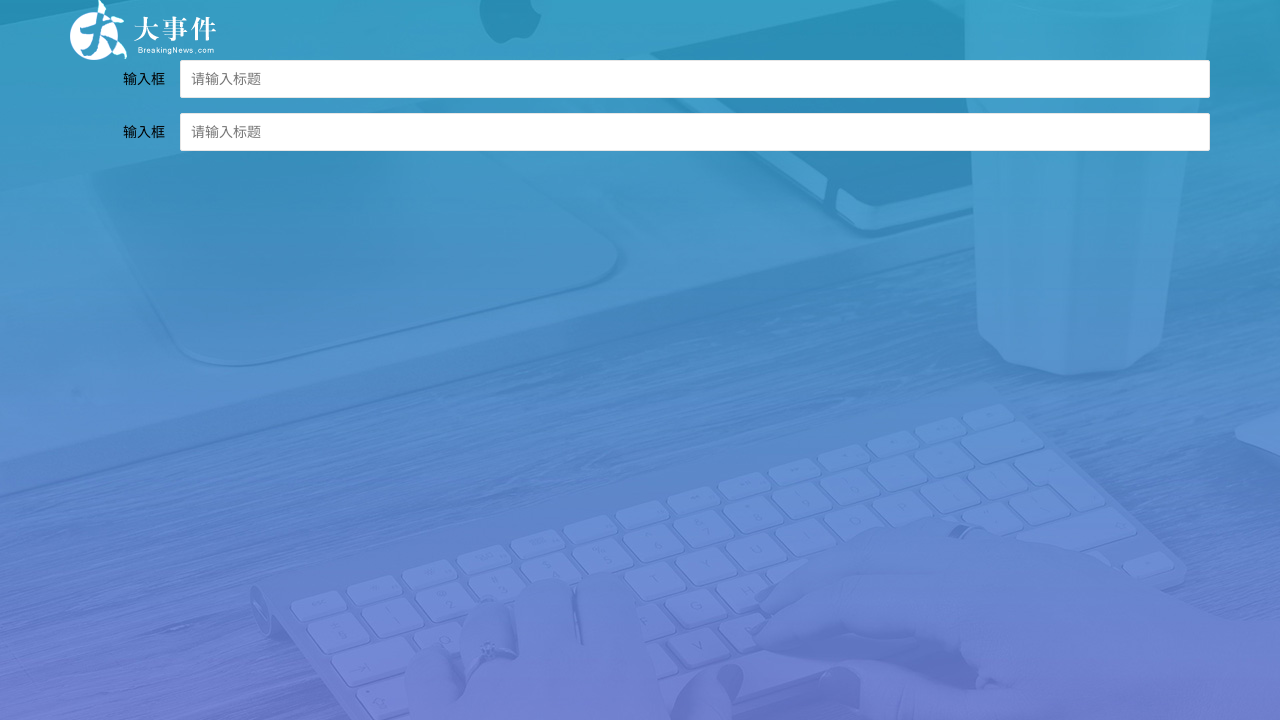
Repository: xxsleep/-
Page: home/login.html
The author's editor kept a copy of each file at every save. The page is drawn from the files as they stood at one save, then again after the next save.
The browser window is 1280 px wide. The pictures show the whole page.

Above is the page before, as saved 2020-11-23 11:07:23.

### home/login.html
<!DOCTYPE html>
<html lang="en">

<head>
    <meta charset="UTF-8">
    <meta name="viewport" content="width=device-width, initial-scale=1.0">
    <title>75期-大事件后台登录页面</title>
    <link rel="stylesheet" href="/assets/lib/layui/css/layui.css">
    <link rel="stylesheet" href="/assets/css/login.css">
</head>

<body>
    <div class="container layui-main">
        <div class="head">
            <img src="../assets/images/logo.png" alt="">
        </div>
        <div class="loginbox">
            <div class="title"></div>
            <form class="layui-form" action="">
                <div class="layui-form-item">
                    <label class="layui-form-label">输入框</label>
                    <div class="layui-input-block">
                        <input type="text" name="title" required lay-verify="required" placeholder="请输入标题"
                            autocomplete="off" class="layui-input">
                    </div>
                </div>
                <div class="layui-form-item">
                    <label class="layui-form-label">输入框</label>
                    <div class="layui-input-block">
                        <input type="text" name="title" required lay-verify="required" placeholder="请输入标题"
                            autocomplete="off" class="layui-input">
                    </div>
                </div>
            </form>
        </div>
</body>

</html>

### assets/css/login.css
html, body {
  width: 100%;
  height: 100%;
  background: url(../images/login_bg.jpg) no-repeat center center/cover;
}

.head {}

Loaded but not shown: assets/lib/layui/css/layui.css (library)

After the next save:
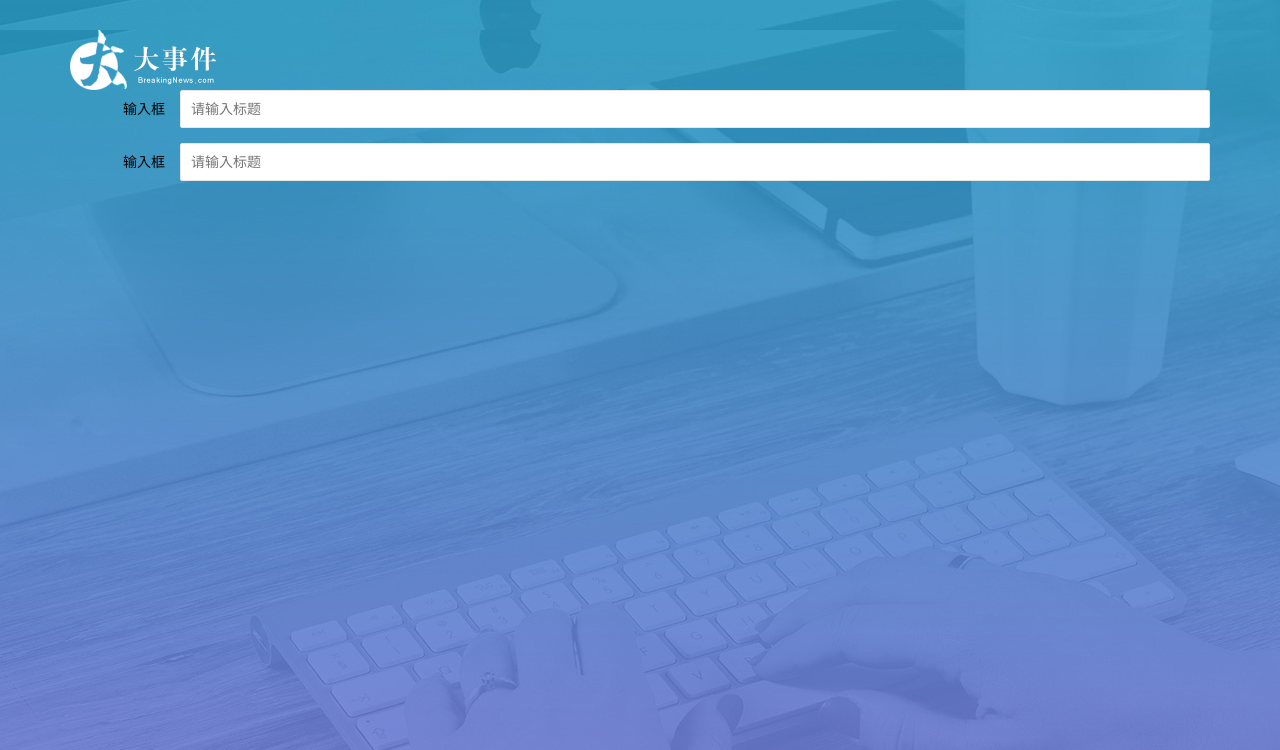
Saved 18 s later.
--- a/assets/css/login.css
+++ b/assets/css/login.css
@@ -4,4 +4,6 @@ html, body {
   background: url(../images/login_bg.jpg) no-repeat center center/cover;
 }
 
-.head {}
+.head {
+  margin-top: 30px;
+}
